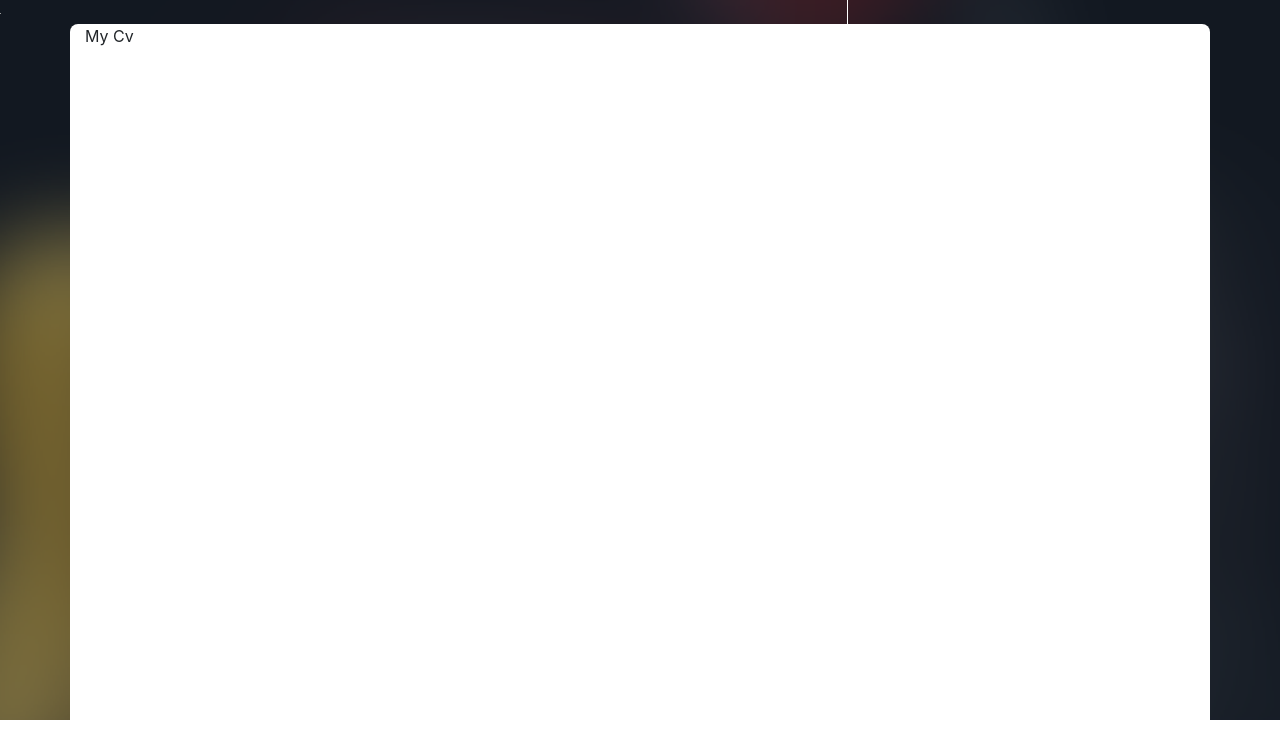
Repository: Yondo202/svProject
Page: /
The author's editor kept a copy of each file at every save. The page is drawn from the files as they stood at one save, then again after the next save.
The browser window is 1280 px wide. The pictures show the whole page.
The project was rebuilt for these pictures with package versions that can differ from the ones it lists, and the page was loaded fresh each time. The framework's server and built-in components were replaced by stand-ins that run in the browser. Also part of the build but not shown: next.config.js, style/style.scss.

Above is the page before, as saved 2020-11-18 19:31:56.

### pages/_app.js
import React from "react";
import App from "next/app";
import '../style/style.scss'
import { AnimatePresence } from "framer-motion";
import { MenuProvider } from "@/miscs/ContextMenuProvider";
import { ThemeProvider } from "styled-components";
import * as theme from "@/miscs/theme";
import checkLanguage from "@/components/miscs/checkLanguage";

const base = "http://localhost:1337";

class MyApp extends App {
    state = {
        menu: [],
        completelyLoaded: false,
    };
    // async componentDidMount() {
    //     let res = await checkLanguage(queryString, null);
    //     this.setState({ completelyLoaded: true, menu: res.data.menu.Main});
    // }

    render() {
        const { Component, pageProps, router } = this.props;

        return (
            <ThemeProvider theme={theme}>
                <MenuProvider value={this.state}>
                    <AnimatePresence exitBeforeEnter>
                        <Component {...pageProps} key={router.route} />
                    </AnimatePresence>
                </MenuProvider>
            </ThemeProvider>
        );
    }
}

export default MyApp;

const queryString = ``

// const queryString = `
// {
// menu {
//     Main {
//     Title Slug Page {
//         Slug
//         }
//         }
//     }
// }`;

### pages/_document.js
import css from '../style/style.scss'
import Document, { Html, Head, Main, NextScript } from 'next/document'
import Pixel from "@/components/miscs/Pixel";

class MyDocument extends Document {
    render(){
        return(
            <Html lang="mn">
                <Head>
                    <link rel="stylesheet" href="https://stackpath.bootstrapcdn.com/bootstrap/4.3.1/css/bootstrap.min.css" integrity="sha384-ggOyR0iXCbMQv3Xipma34MD+dH/1fQ784/j6cY/iJTQUOhcWr7x9JvoRxT2MZw1T" crossOrigin="anonymous"/>
                    <link rel="shortcut icon" href="/img/ico.png" />
                    <link href="https://fonts.googleapis.com/css2?family=Roboto:wght@300;400;700&display=swap" rel="stylesheet"/>
                    <link href="https://fonts.googleapis.com/css2?family=Poppins:wght@300;400;500&display=swap" rel="stylesheet"></link>
                    <Pixel/>
                </Head>
                <body>
                    <Main/>
                    <NextScript/>
                </body>
            </Html>
        )
    }
}

export default MyDocument

### pages/index.js
import React from "react";
import { motion } from "framer-motion";
import Background from '../components/Top'
import Forms from '../components/Forms'

function index() {
    return (
        <div>
            <Background />
            <Forms />
        </div>
    )
}

export default index




























// import Root from "@/core/Root";
// import ResolveComponent from "@/components/dynamic/ResolveComponent"
// import checkLanguage from "@/components/miscs/checkLanguage";
// import { MenuContext } from '@/miscs/ContextMenuProvider'
// import { useContext } from "react";

// const Index = ({ data }) => {

//     let { Layout } = data
//     const { completelyLoaded } = useContext(MenuContext);

//     return (
//         <motion.div exit={{ opacity: 0 }} initial={{ opacity: 0 }} animate={{ opacity: 1 }} >
//             <Root noFooter>
//                 {completelyLoaded &&
//                     <ResolveComponent data={Layout} />
//                 }
//             </Root>
//         </motion.div>
//     );

// };
// export default Index;

// export async function getServerSideProps({ params, req }) {
//     let res = await checkLanguage('/home', req, true);
//     return { props: { data: res.data } }
// }

### components/miscs/ContextMenuProvider.js
import React from 'react';

const MenuContext = React.createContext();

const MenuProvider = MenuContext.Provider
const MenuConsumer = MenuContext.Consumer

export {MenuProvider, MenuConsumer, MenuContext}

### components/miscs/theme.js
export const colorOne = "#532532";
export const colorTwo = "#123123";
export const fontSize = "16px";
export const fontFamily1 = "Poppins', sans-serif"

### components/miscs/checkLanguage.js
import fetch from "node-fetch";
import parseCookies from '@/miscs/parseCookies';

const checkLanguage = async (queryString, req, normal) =>{

    const cookies = parseCookies(req);
    const httpObject = { method: 'post', headers: { 'Content-Type': 'application/json'}, body: JSON.stringify({ query: `query ${queryString}`})}

    if(normal){
        return new Promise(async(resolve, reject) => {
            if(cookies['tb-lang'] === "en"){
                const res = await fetch(`http://localhost:1337${queryString}`);
                const pageData = await res.json();
                return resolve({data: pageData});
            }
            else{
                const res = await fetch(`http://localhost:1337${queryString}`);
                const pageData = await res.json();
                return resolve({data: pageData});
            }
        })
    }

    return new Promise(async(resolve, reject)=>{
      if(cookies['tb-lang'] === "en"){
          const res = await fetch('http://localhost:1337/graphql', httpObject)
          const pageData = await res.json()
          return resolve({data: pageData.data});
      }
      else{
          const res = await fetch('http://localhost:1337/graphql', httpObject)
          const pageData = await res.json()
          return resolve({data: pageData.data});
      }
    })

}

export default checkLanguage

### components/miscs/Pixel.js
import React from "react";

export default () => (
    <React.Fragment>
        <script
            dangerouslySetInnerHTML={{
                __html: `!function(f,b,e,v,n,t,s){if(f.fbq)return;n=f.fbq=function(){n.callMethod?n.callMethod.apply(n,arguments):n.queue.push(arguments)};if(!f._fbq)f._fbq=n;n.push=n;n.loaded=!0;n.version='2.0';n.queue=[];t=b.createElement(e);t.async=!0;t.src=v;s=b.getElementsByTagName(e)[0];s.parentNode.insertBefore(t,s)}(window,document,'script','https://connect.facebook.net/en_US/fbevents.js');fbq('init', '626874991348714'); fbq('track', 'PageView');`,
            }}
        />
        <noscript
            dangerouslySetInnerHTML={{
                __html: `<img height="1" width="1" src="https://www.facebook.com/tr?id=626874991348714&ev=PageView&noscript=1"/>`,
            }}
        />
    </React.Fragment>
);

### components/Top.js
// import React from 'react';

// const Test = ({data}) => {
//     return (
//         <div>
//             {data.Title && <h1>{data.Title}hahhaha</h1>}
//         </div>
//     );
// };

// export default Test;

import React from 'react'
import styled from 'styled-components'
function top({data}) {
    return (
        // <Conainer style={{backgroundImage: `url("https://jevelin.shufflehound.com/business/wp-content/uploads/sites/39/2019/11/Rectangle-1-copy-7.jpg?id=10")`}}>
        <Conainer style={{backgroundImage:"url('/img/Blur.png')"}}>
            {/* <img src="/img/Blur.png"/> */}
        </Conainer>
    )
}

export default top


const Conainer = styled.div`
    color:white;
    background-size: cover;
    background-position:center center;
    min-height: 80vh;
    max-height: 100vh;
    height: 100vh;
    width: 100%;
    position: fixed;
    top:0;
    z-index: -2;
`

### components/Forms.js
import React from 'react'
import styled from 'styled-components'
import Modal from 'react-modal';


const customStyles = {
    content : {
      top                   : '50%',
      left                  : '50%',
      right                 : 'auto',
      bottom                : 'auto',
      marginRight           : '-50%',
      transform             : 'translate(-50%, -50%)'
    }
  };

function Forms() {

    var subtitle;
    const [modalIsOpen,setIsOpen] = React.useState(false);
    function openModal() {
      setIsOpen(true);
    }
    function afterOpenModal() {
        // references are now sync'd and can be accessed.
        subtitle.style.color = '#0E3232';
      }

    function closeModal(){
    setIsOpen(false);
    }

    return (
        <Conainer style={{backgroundColor:"white"}} className="container">

          <div className="Header">
              My Cv
          </div>

        {/* <div>
            <button onClick={openModal}>Open Modal</button>
                <Modal
                    isOpen={modalIsOpen}
                    onAfterOpen={afterOpenModal}
                    onRequestClose={closeModal}
                    style={customStyles}
                    contentLabel="Example Modal"
                >
                    <h2 ref={_subtitle => (subtitle = _subtitle)}>Hello</h2>
                    <button onClick={closeModal}>close</button>
                    <div>I am a modal</div>
                    <div>I am a modal</div>
                    <div>I am a modal</div>
                    <div>I am a modal</div>
                    <div>I am a modal</div>
                    <div>I am a modal</div>
                    <form>
                    <input />
                    <button>tab navigation</button>
                    <button>stays</button>
                    <button>inside</button>
                    <button>the modal</button>
                    </form>
                </Modal>
        </div> */}
        </Conainer>
    )
}

export default Forms


const Conainer = styled.div`
    height:100vh;
    // margin-top:5vh;
    border-radius:8px;
    z-index:0;
`

### components/miscs/parseCookies.js
import cookie from 'cookie'

export default function parseCookies(req) {
    return cookie.parse(req ? req.headers.cookie || "" : document.cookie);
}

After the next save:
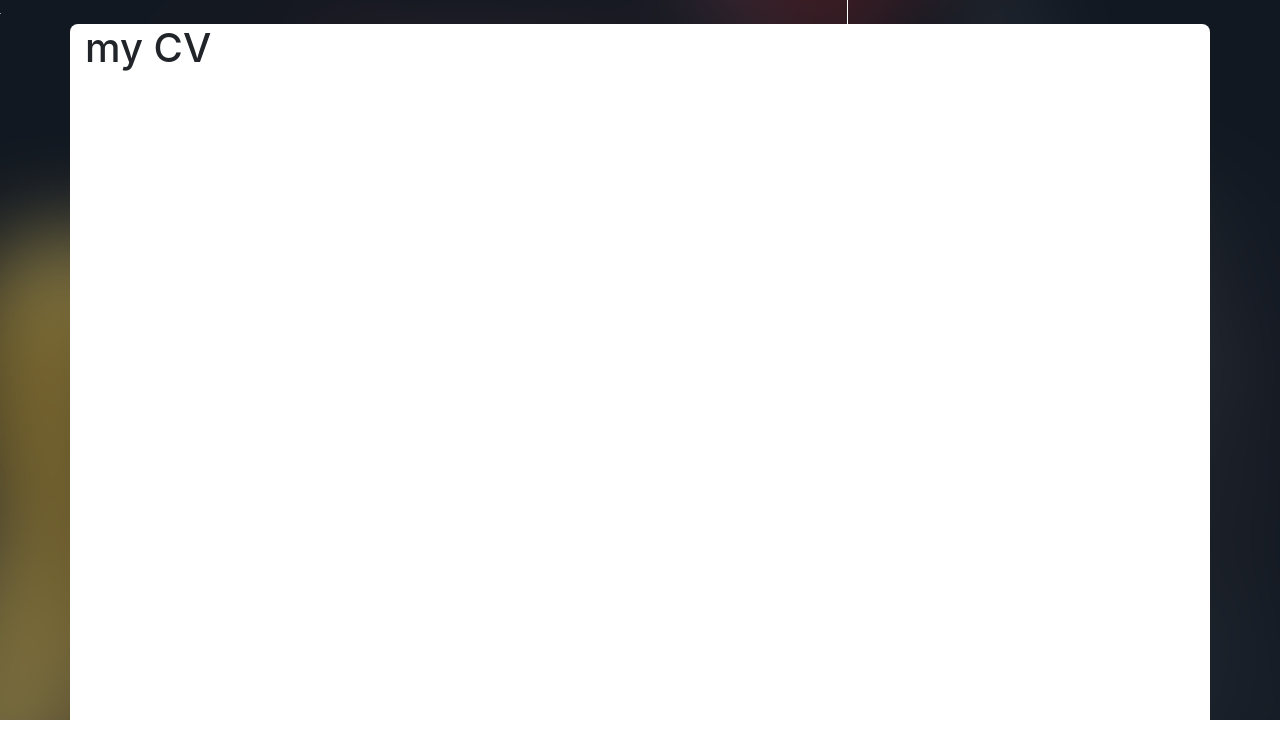
Saved 15 s later.
--- a/components/Forms.js
+++ b/components/Forms.js
@@ -34,7 +34,7 @@ function Forms() {
         <Conainer style={{backgroundColor:"white"}} className="container">
 
           <div className="Header">
-              My Cv
+              <h1>my CV</h1>
           </div>
 
         {/* <div>
